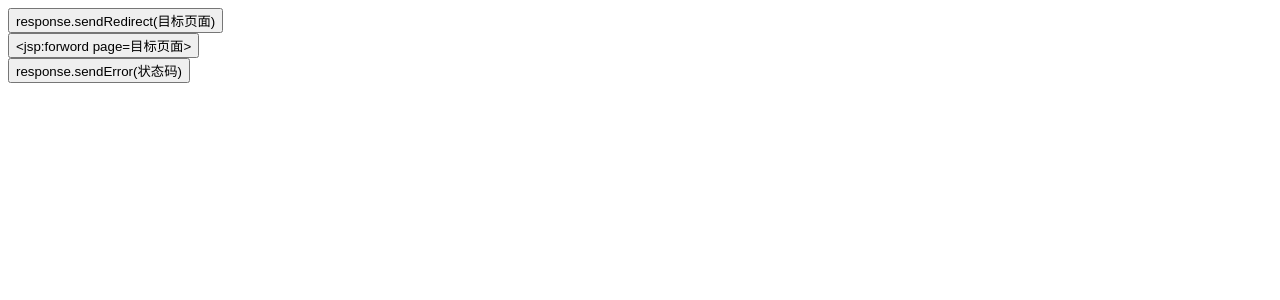
Repository: Matty-GCU/MyEclipse
Page: Java_Web_Learning/WebRoot/chapter07_JSP_request&response&cookie/textbook/entry.html
An editor plug-in stored every save of this project. The page is shown before and after the next save, followed by the edit.
The browser window is 1280 px wide. The pictures show the whole page.

Above is the page before, as saved 2021-10-19 06:46:11.

### Java_Web_Learning/WebRoot/chapter07_JSP_request&response&cookie/textbook/entry.html
<!DOCTYPE html>
<html>
<head>
<meta charset="UTF-8">
<title>Insert title here</title>
</head>
<body>
	<form action="sendRedirect.jsp">
		<input type="submit" value="response.sendRedirect(目标页面)">
	</form>
	<form action="forward.jsp">
		<input type="submit" value="<jsp:forword page=目标页面>">
	</form>
	<form action="sendError.jsp">
		<input type="submit" value="response.sendError(状态码)">
	</form>
</body>
</html>

After the next save:
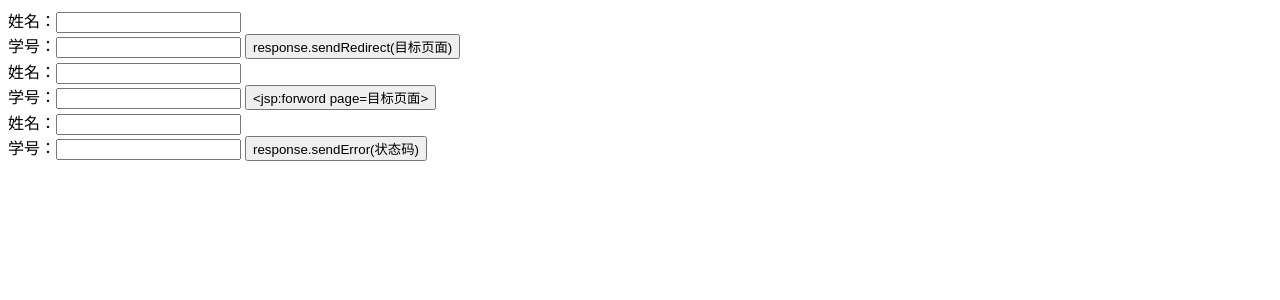
Saved 2 min 33 s later.
--- a/Java_Web_Learning/WebRoot/chapter07_JSP_request&response&cookie/textbook/entry.html
+++ b/Java_Web_Learning/WebRoot/chapter07_JSP_request&response&cookie/textbook/entry.html
@@ -6,12 +6,18 @@
 </head>
 <body>
 	<form action="sendRedirect.jsp">
+		姓名：<input type="text"><br>
+		学号：<input type="text">
 		<input type="submit" value="response.sendRedirect(目标页面)">
 	</form>
 	<form action="forward.jsp">
+		姓名：<input type="text"><br>
+		学号：<input type="text">
 		<input type="submit" value="<jsp:forword page=目标页面>">
 	</form>
 	<form action="sendError.jsp">
+		姓名：<input type="text"><br>
+		学号：<input type="text">
 		<input type="submit" value="response.sendError(状态码)">
 	</form>
 </body>
